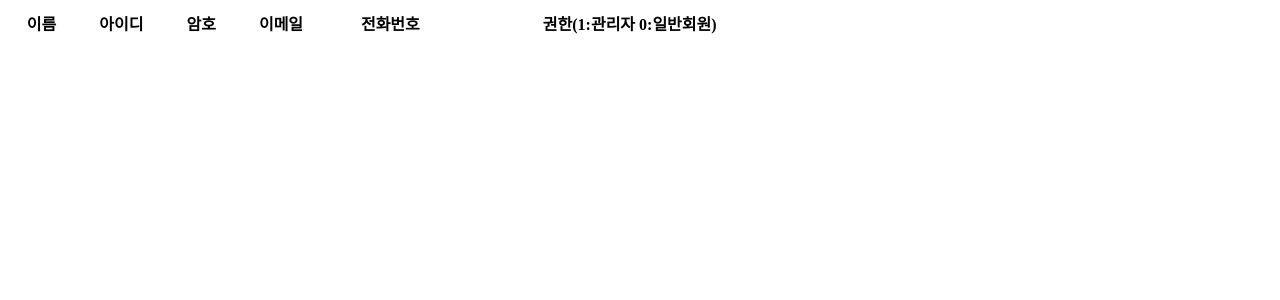
Repository: yjeongyjeong/jsp
Page: http://localhost/web-study-08-oracle/01_allMember.jsp
The author's editor kept a copy of each file at every save. The page is drawn from the files as they stood at one save, then again after the next save.
The browser window is 1280 px wide. The pictures show the whole page.
The page is served by Tomcat 9.

Above is the page before, as saved 2023-10-12 06:18:55.

### web-study-08-oracle/src/main/webapp/01_allMember.jsp
<%@page import="java.sql.ResultSet"%>
<%@page import="java.sql.Statement"%>
<%@page import="java.sql.Connection"%>
<%@ page language="java" contentType="text/html; charset=UTF-8"
    pageEncoding="UTF-8"%>

<%! /* 선언문  */
	Connection con = null;
	Statement stmt = null;
	ResultSet rs = null;

	String url = "jdbc:oracle:thin:@localhost:1521:xe";
	String uid = "scott";
	String pwd = "tiger";
	String sql = "select * from member";
%>

<!DOCTYPE html>
<html>
<head>
<meta charset="UTF-8">
<title>Insert title here</title>
</head>
<body>
	<table width="800" border"1">
		<tr>
		<th>이름</th><th>아이디</th><th>암호</th>
		<th>이메일</th><th>전화번호</th><th>권한(1:관리자 0:일반회원)</th>
		</tr>

	</table>

</body>
</html>

After the next save:
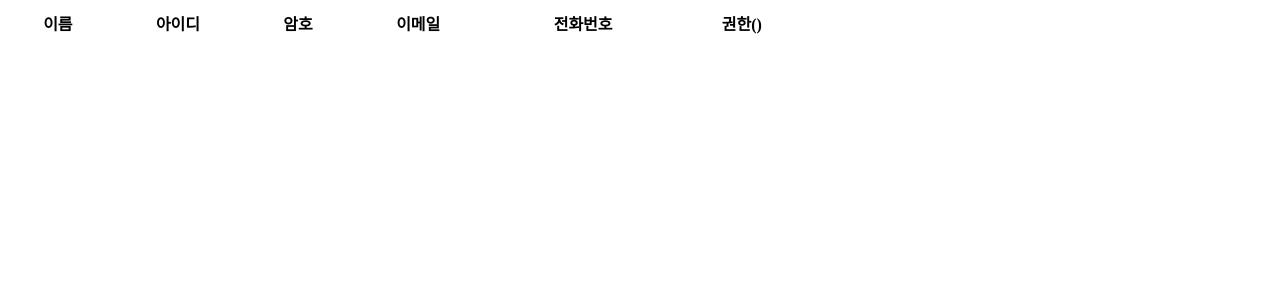
Saved 7 s later.
--- a/web-study-08-oracle/src/main/webapp/01_allMember.jsp
+++ b/web-study-08-oracle/src/main/webapp/01_allMember.jsp
@@ -24,8 +24,8 @@
 <body>
 	<table width="800" border"1">
 		<tr>
-		<th>이름</th><th>아이디</th><th>암호</th>
-		<th>이메일</th><th>전화번호</th><th>권한(1:관리자 0:일반회원)</th>
+			<th>이름</th><th>아이디</th><th>암호</th>
+			<th>이메일</th><th>전화번호</th><th>권한()</th>
 		</tr>
 
 	</table>
